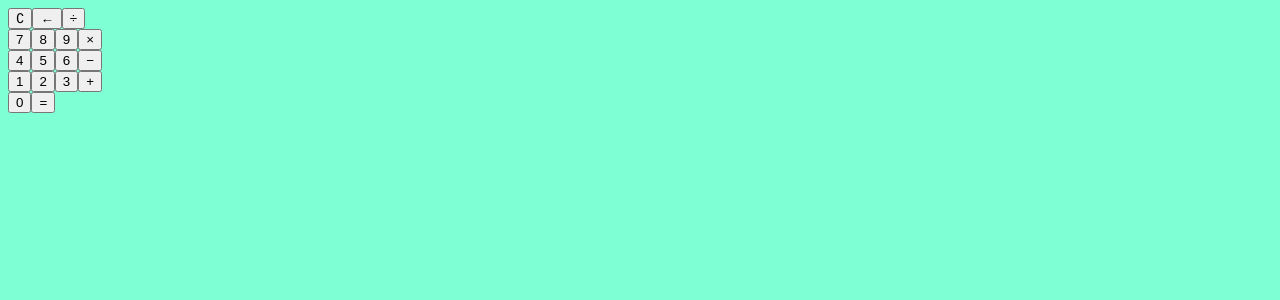
Repository: jontslater/LAB-calculator2
Page: index.html
These files come from the project's save history. The page is drawn as it stood at one moment and after the next save; the edit follows.
The browser window is 1280 px wide. The pictures show the whole page.

Above is the page before, as saved 2023-10-12 14:52:52.

### index.html
<!DOCTYPE html>
<html lang="en">
<head>
  <meta charset="UTF-8">
  <meta name="viewport" content="width=device-width, initial-scale=1.0">
  <title>calculator</title>
  <link rel="stylesheet" href="main.css">
  <script src="main.js"></script>

  <body>
    <div class="container">

  <table>
    <button>&#8705;</button>
    <button>&#8592;</button>
    <button>&#247;</button>
  </table>

  <table>
    <button>7</button>
    <button>8</button>
    <button>9</button>
    <button>&#215;</button>
  </table>

  <table>
    <button>4</button>
    <button>5</button>
    <button>6</button>
    <button>&#8722;</button>
  </table>

  <table>
    <button name="numb1">1</button>
    <button>2</button>
    <button>3</button>
    <button>&#43;</button>
  </table>

  <table>
    <button>0</button>
    <button>&#61;</button>
  </table>

  </div>
</head>
</body>
</html>

### main.css
body{
  background-color: aquamarine;
}

.buttonOne{
  color: coral;
}

.container{
  width: 400xp;
}

Loaded but not shown: main.js (no stored copy; drawn as an empty file)

After the next save:
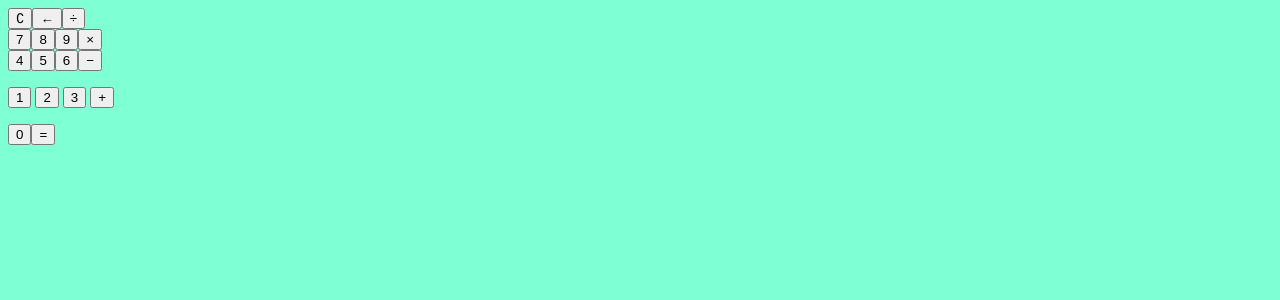
Saved 5 min 19 s later.
--- a/index.html
+++ b/index.html
@@ -30,12 +30,13 @@
     <button>&#8722;</button>
   </table>
 
-  <table>
-    <button name="numb1">1</button>
+  <p>
+    <button class="bottonOne">1</button>
     <button>2</button>
     <button>3</button>
     <button>&#43;</button>
-  </table>
+  </p>
+
 
   <table>
     <button>0</button>
